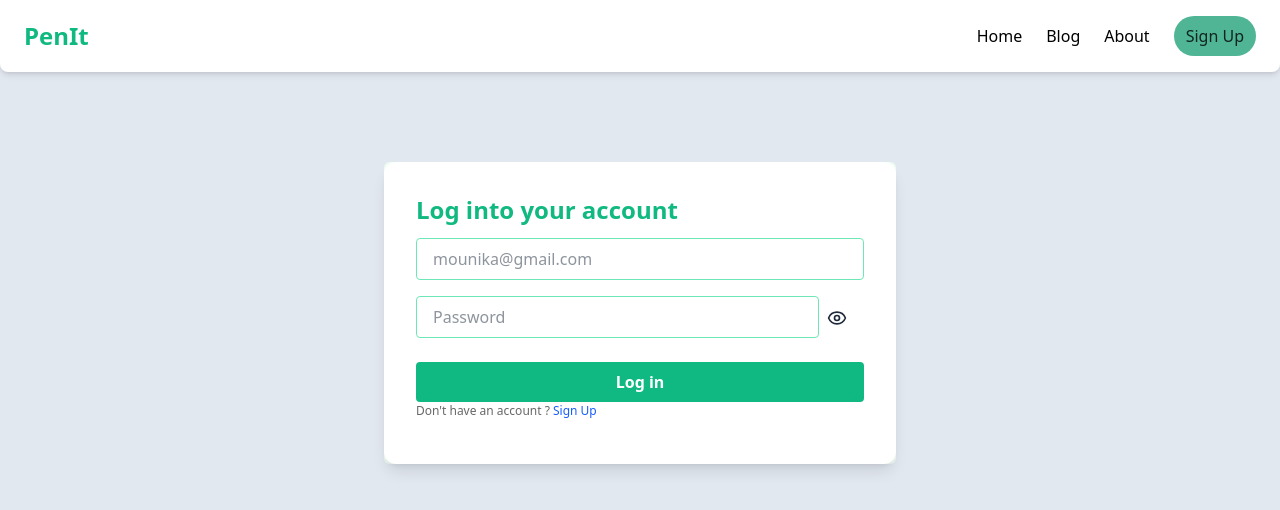
Repository: Mounika-chukkala/PenIt
Page: /signin (app in frontend/)
An editor plug-in stored every save of this project. The page is shown before and after the next save, followed by the edit.
The browser window is 1280 px wide. The pictures show the whole page.
The project was rebuilt for these pictures with package versions that can differ from the ones it lists, and the page was loaded fresh each time. Also part of the build but not shown: frontend/vite.config.js, frontend/src/Pages/Signup.jsx, frontend/src/components/CreateBlog.jsx, frontend/src/Pages/AddBlog.jsx.

Above is the page before, as saved 2025-05-23 13:34:19.

### frontend/src/main.jsx
import { StrictMode } from 'react'
import { createRoot } from 'react-dom/client'
import './index.css'
import { Toaster } from 'react-hot-toast'
// import {BrowserRouter} from "react-router-dom"
import { BrowserRouter } from 'react-router-dom'
import App from './App.jsx'

createRoot(document.getElementById('root')).render(
  <StrictMode>
    <BrowserRouter>
    {/* <Toaster> */}

    <App />
    {/* </Toaster> */}
    </BrowserRouter>
  </StrictMode>,
)

### frontend/src/index.css
@import "tailwindcss";


/* :root {
  font-family: system-ui, Avenir, Helvetica, Arial, sans-serif;
  line-height: 1.5;
   font-weight: 400;

  color-scheme: light dark;
  color: rgba(255, 255, 255, 0.87);
  background-color: #242424;

  font-synthesis: none;
  text-rendering: optimizeLegibility;
  -webkit-font-smoothing: antialiased;
  -moz-osx-font-smoothing: grayscale;
}

a {
  font-weight: 500;
  color: #646cff;
  text-decoration: inherit;
}
a:hover {
  color: #535bf2;
}

body {
  margin: 0;
  display: flex;
  place-items: center;
  min-width: 320px;
  min-height: 100vh;
}

h1 {
  font-size: 3.2em;
  line-height: 1.1;
}

button {
  border-radius: 8px;
  border: 1px solid transparent;
  padding: 0.6em 1.2em;
  font-size: 1em;
  font-weight: 500;
  font-family: inherit;
  background-color: #1a1a1a;
  cursor: pointer;
  transition: border-color 0.25s;
}
button:hover {
  border-color: #646cff;
}
button:focus,
button:focus-visible {
  outline: 4px auto -webkit-focus-ring-color;
}

@media (prefers-color-scheme: light) {
  :root {
    color: #213547;
    background-color: #ffffff;
  }
  a:hover {
    color: #747bff;
  }
  button {
    background-color: #f9f9f9;
  }
} */

### frontend/src/App.jsx
import { useState } from 'react'
import { Route, Routes } from 'react-router-dom'
// import './App.css'
import Signin from './Pages/Signin'
import Signup from './Pages/Signup'
import Navbar from './components/Navbar'
// import Layout from "./Pages/Layout"
import CreateBlog from './components/CreateBlog'
import AddBlog from './Pages/AddBlog'
function App() {

  return (
    <div className="bg-slate-200 w-screen h-screen ">

  <Routes>
    <Route path="/" element={<Navbar/>}>
        <Route path="/signin" element={<Signin/>}></Route>
    <Route path="/signup" element={<Signup/>}></Route>
    <Route path="/create-blog" element={<CreateBlog/>}></Route>
        <Route path="/add-blog" element={<AddBlog/>}></Route>

    {/* <Route path="/search-blog" element={}></Route> */}
    {/* <Route path="*" element={}></Route> */}
    </Route>

  </Routes>
      </div>

  )
}

export default App

### frontend/src/Pages/Signin.jsx
import React, { useState } from 'react'
import { Eye,EyeOff } from 'lucide-react';
import { Link } from 'react-router-dom';
function Signin() {
    const [userData, setUserData] = useState({
    name: "",
    email: "",
    password: "",
  });
const [isVisible,setVisible]=useState(false)
  async function handleSubmit() {
    console.log("hello")
    let data = await fetch("http://localhost:3000/api/v1/signin", {
      method: "POST",
      body: JSON.stringify(userData),
      headers: {
        "Content-Type": "application/json",
      },
    });

    let res = await data.json();
    console.log(res)
alert(res.message)
    if(!res.success){
        toast.error(res.message);

    }
    else{
        toast.success(res.message);
        localStorage.setItem("User",JSON.stringify(res.user));
    }
  }

  return (
        <div className="max-h-screen max-w-[40%] rounded-md m-auto mt-[7%] flex bg-[#F0FDF4] text-[#1E293B]">
      {/* Left side visual placeholder
      <div className="w-1/2 flex flex-col justify-center items-center p-10 bg-gradient-to-br from-[#6EE7B7] to-[#A7F3D0]">
        <h1 className="text-4xl font-bold text-[#059669] mb-4">PenIt</h1>
        <p className="text-xl text-[#1E293B] text-center">
          Express your thoughts with style.<br /> A clean and calm blogging space.
        </p>
      </div>

      {/* Right side sign up form */}
      {/* <div className="w-1/2 flex justify-center items-center p-10"> */}
        <div className="bg-white p-8 rounded-xl shadow-lg w-full ">
          <h2 className="text-2xl font-bold mb-3 text-[#10B981]">Log into your account</h2>
          <input
            className="w-full mb-4 px-4 py-2 border border-[#6EE7B7] rounded focus:outline-none focus:ring-2 focus:ring-[#10B981]"
            type="email"
            placeholder="mounika@gmail.com"
            onChange={(e) => setUserData({ ...userData, email: e.target.value })}
          />

                            <div className="w-full flex gap-2">
                       <input
                        className="w-[90%] mb-6 px-4 py-2 border border-[#6EE7B7] rounded focus:outline-none focus:ring-2 focus:ring-[#10B981]"
                        type={isVisible?"text":"password" }
                        placeholder="Password"
                        onChange={(e) => setUserData({ ...userData, password: e.target.value })}
                      />
                       <div  className="pt-3" onClick={()=>setVisible(!isVisible)}>
             {isVisible ? <EyeOff size={20} /> : <Eye size={20} />}
                       </div>
                       </div>
          <button
            onClick={handleSubmit}
            className="w-full bg-[#10B981] hover:bg-[#059669] text-white py-2 rounded font-semibold transition duration-200"
          >
            Log in
          </button>
          <p className="text-[12px] text-black/60 mb-3">Don't have an account ? <Link to="/signup"><span className="text-blue-600">Sign Up</span></Link></p>

        </div>
      </div>
    // </div>
  )
}

export default Signin

### frontend/src/components/Navbar.jsx
import React, { useEffect, useState } from "react";
import { Link } from "react-router-dom";
import { Outlet } from "react-router-dom";
export default function Navbar() {
  const [isLogged, setLogged] = useState(false);
  const item = localStorage.getItem("User");
  useEffect(()=>{
  if (item!=null) {
    setLogged(true);
  }
},isLogged)
  return (
    <>
    <nav className="bg-white shadow-md px-6 py-4 flex justify-between items-center rounded-b-lg">
      <h1 className="text-2xl font-bold text-[#10B981]">PenIt</h1>
      <ul className="flex space-x-6 font-medium">
        <li className="hover:text-[#059669] pt-2 cursor-pointer">Home</li>
        <li className="hover:text-[#059669] pt-2 cursor-pointer">Blog</li>
        <li className="hover:text-[#059669] pt-2 cursor-pointer">About</li>
        <Link to="/signup">
        <li className="bg-[#059669]/70 rounded-3xl px-3 py-2 text-black/80 transform hover:scale-120 transition duration-300 ease-in-out  hover:text-white cursor-pointer">
{/* {isLogged?"Log out":"Sign up"} */}
    Sign Up
          </li>
        </Link>
      </ul>
    </nav>
    <Outlet/>
        </>

  );
}

Loaded but not shown: frontend/index.html (common file)

After the next save:
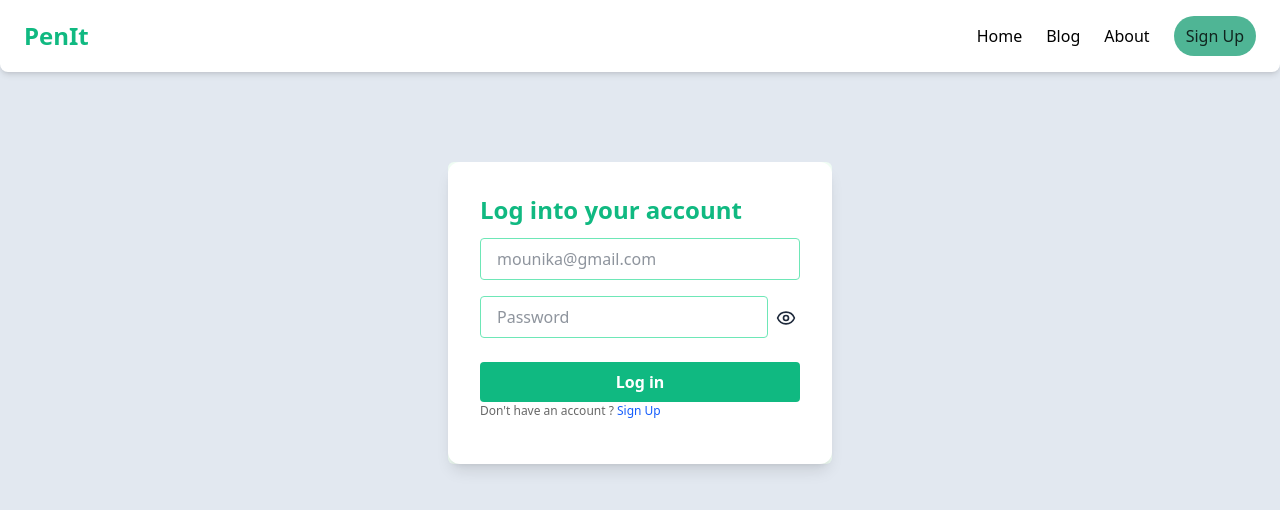
Saved 10 s later.
--- a/frontend/src/Pages/Signin.jsx
+++ b/frontend/src/Pages/Signin.jsx
@@ -32,7 +32,7 @@ alert(res.message)
   }
 
   return (
-        <div className="max-h-screen max-w-[40%] rounded-md m-auto mt-[7%] flex bg-[#F0FDF4] text-[#1E293B]">
+        <div className="max-h-screen max-w-[30%] rounded-md m-auto mt-[7%] flex bg-[#F0FDF4] text-[#1E293B]">
       {/* Left side visual placeholder
       <div className="w-1/2 flex flex-col justify-center items-center p-10 bg-gradient-to-br from-[#6EE7B7] to-[#A7F3D0]">
         <h1 className="text-4xl font-bold text-[#059669] mb-4">PenIt</h1>
